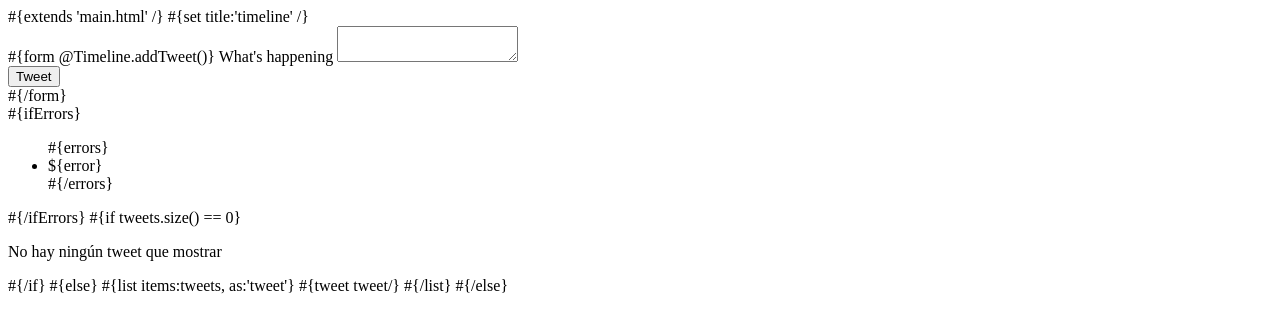
Repository: axelhzf/play-tlp
Page: twitter/app/views/Timeline/index.html
These files come from the project's save history. The page is drawn as it stood at one moment and after the next save; the edit follows.
The browser window is 1280 px wide. The pictures show the whole page.

Above is the page before, as saved 2011-07-17 11:01:58.

After the next save:
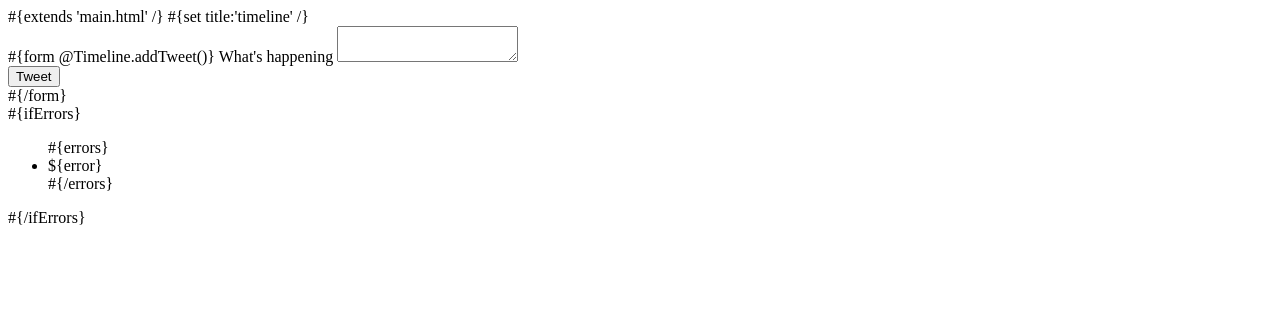
Console error: SyntaxError: Invalid or unexpected token
Saved 28 s later.
--- a/twitter/app/views/Timeline/index.html
+++ b/twitter/app/views/Timeline/index.html
@@ -19,11 +19,29 @@
 </ul>
 #{/ifErrors}
 
-#{if tweets.size() == 0}
-    <p>No hay ningún tweet que mostrar</p>
-#{/if}
-#{else}
-    #{list items:tweets, as:'tweet'}
-		#{tweet tweet/}
-    #{/list}
-#{/else}
+<div id="tweets"></div>
+
+<script>
+    function cargarTweets(){
+        var listAction = #{jsAction @Timeline.tweets() /}
+        $.get(listAction({}), function(data){
+            var html = '';
+            $.each(data, function(i, tweet) {
+                var date = new Date(tweet.date);
+                html += '<div class="tweet"><div class="tweet-author"><a href="/' + tweet.author.username + '"> ' + tweet.author.username +'</a></div><div class="tweet-msg"> ' + tweet.msg + '</div><div class="tweet-date"> ' + date.toLocaleDateString() + '</div></div>'
+            });
+            $('#tweets').html(html);
+        });
+    }
+
+    $(function(){
+        cargarTweets();
+        $('#tweet-submit').click(function(){
+            $.post('@{Timeline.addTweet}', $('#tweet-form').serialize(), function(){
+                $('#tweet-msg').val('');
+                cargarTweets();
+            });
+            return false;
+        });
+    });
+</script>
